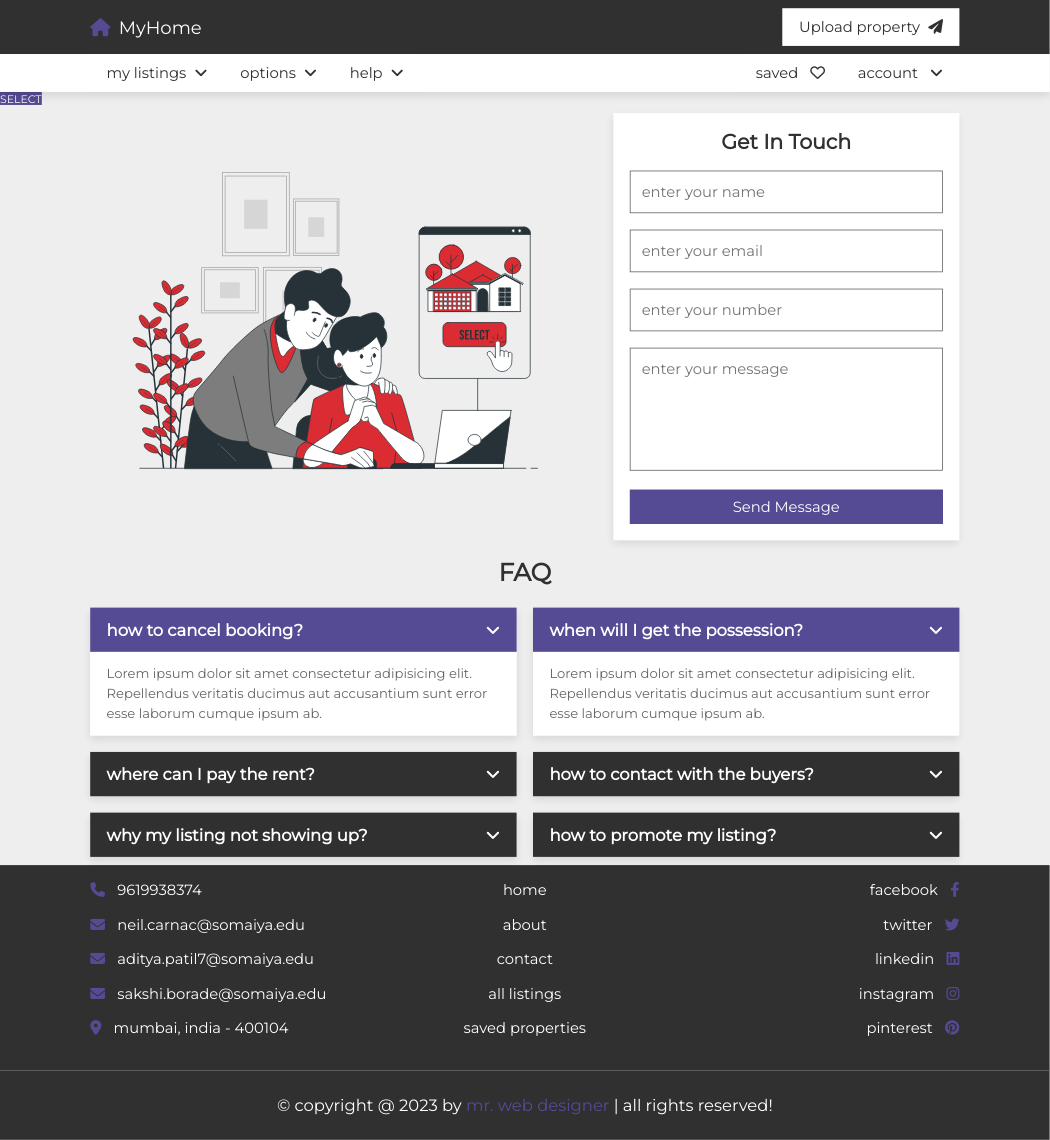
Repository: adi-tya999/wpl-project-realestatewebsite-main
Page: http://localhost/project/contact.php
The author's editor kept a copy of each file at every save. The page is drawn from the files as they stood at one save, then again after a run of saves.
The browser window is 1280 px wide. The pictures show the whole page, at 82% of full size.
The page is run by PHP 8.4 with error messages shown; the project is at /var/www/html/.

Above is the page before, as saved 2023-04-29 16:27:51.

After the next 7 saves:
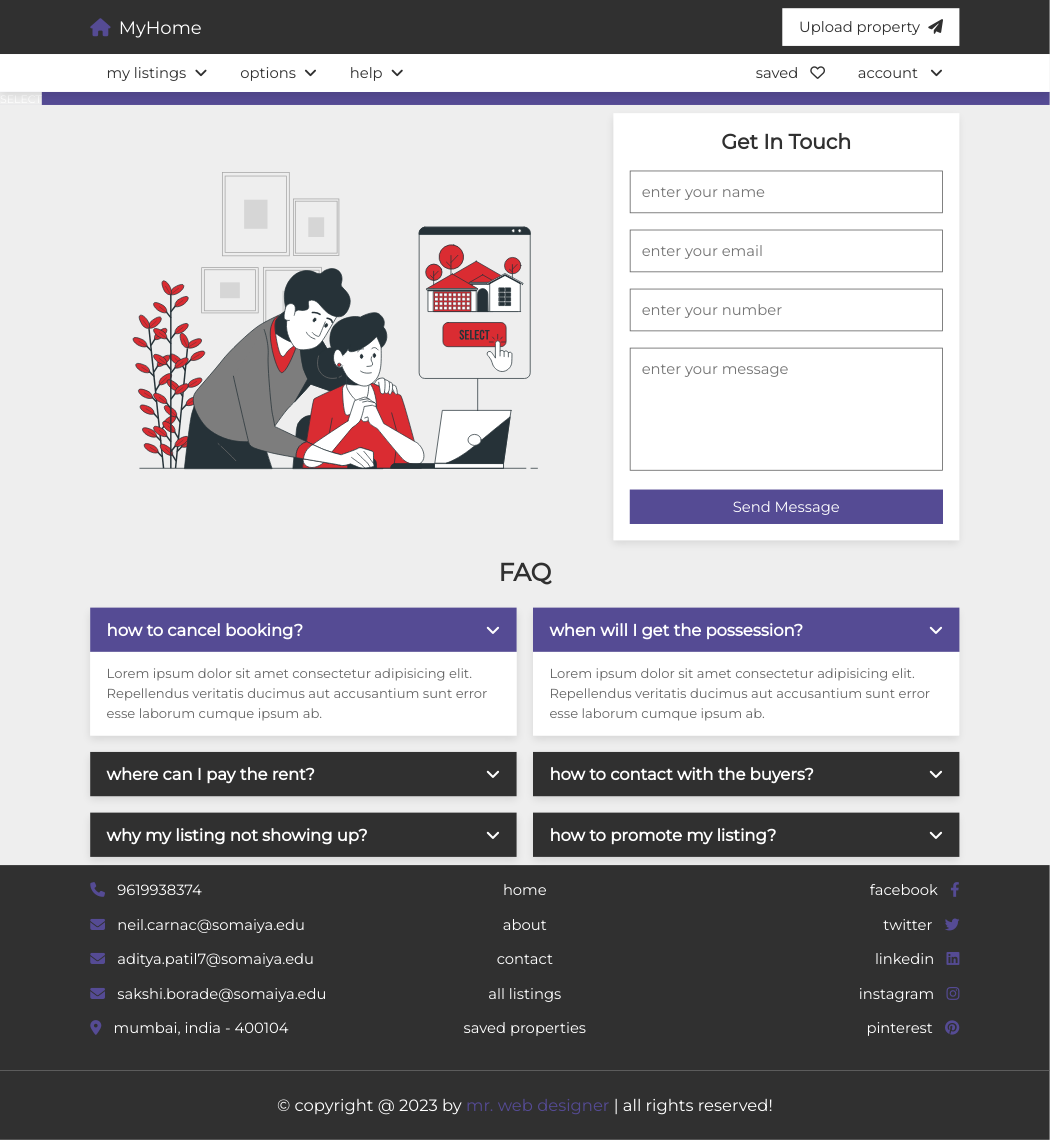
The 7 saves are shown as one change because they came seconds apart.
The last was saved 35 s later.
--- a/project/css/style.css
+++ b/project/css/style.css
@@ -1011,8 +1011,12 @@ section{
    resize: none;
 }
 
+.selectionbuttondivs{
+   background-color: var(--main-color);
+
+}
+
 .selectionbutton{
-background-color: var(--main-color);
 color: white;
 }
 
